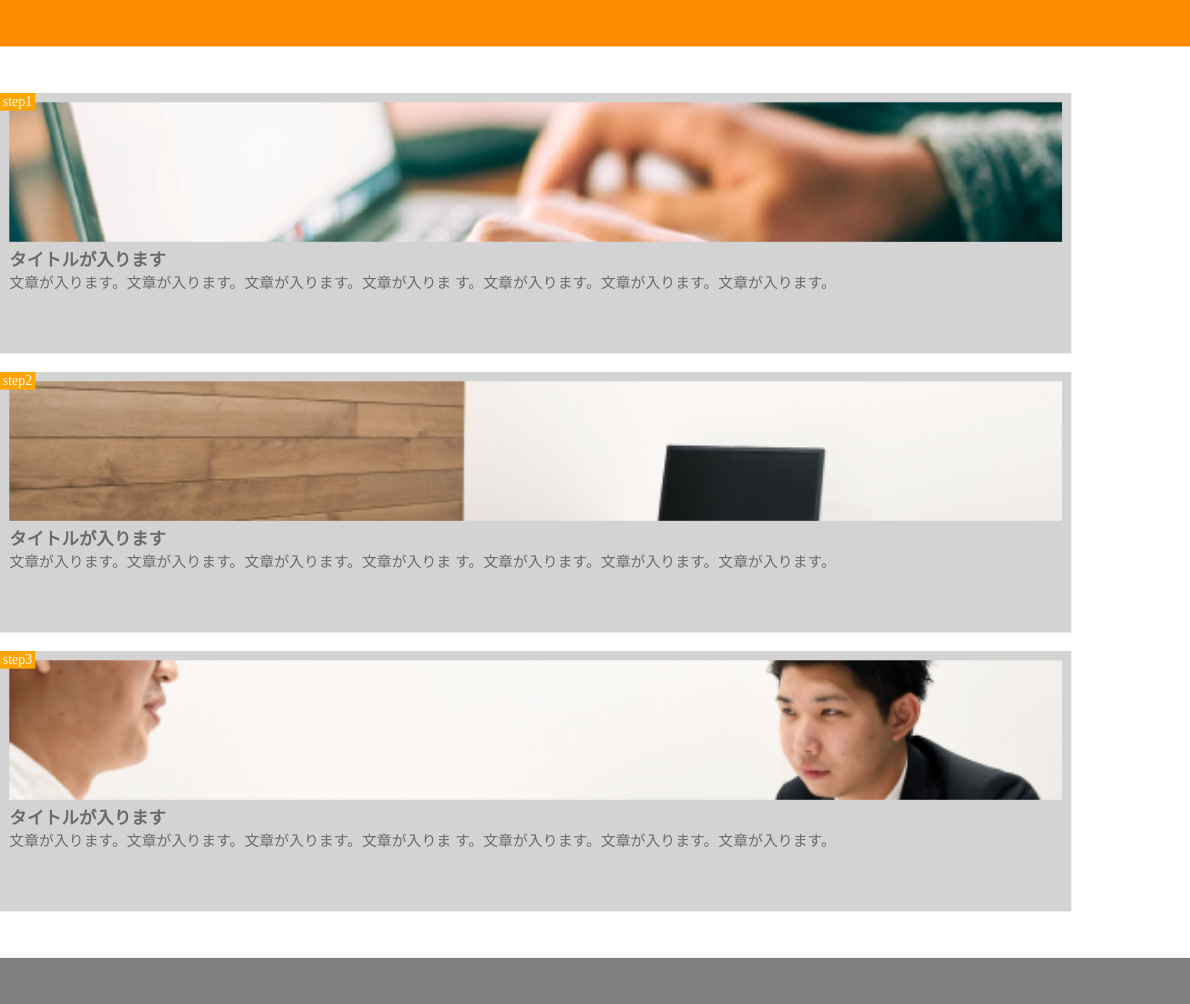
Repository: 220416/kadai1
Page: html/responsive.html
The author's editor kept a record of every edit. The page is drawn from the files as they stood at one moment, then again after the next edit.
The browser window is 1280 px wide. The pictures show the whole page, at 93% of full size.

Above is the page before.

After the next edit:
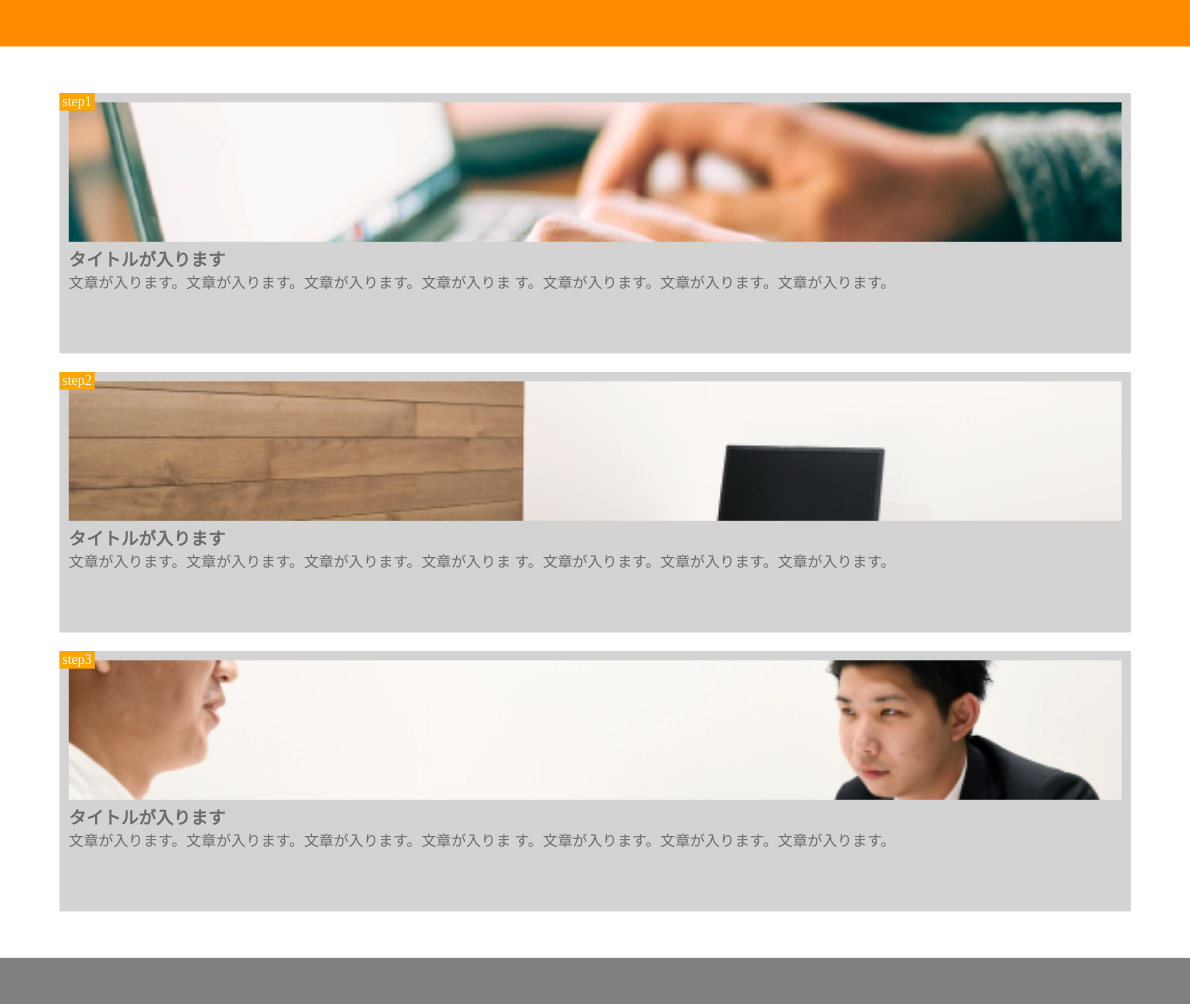
The edit:
--- a/html/responsive.css
+++ b/html/responsive.css
@@ -19,8 +19,7 @@
   width:90%;
   padding-top: 50px;
   padding-bottom:80px;
-  display: inline-block;
-  justify-content:center;
+  margin: auto;
   text-align: left;
 }
 

After the edit that followed:
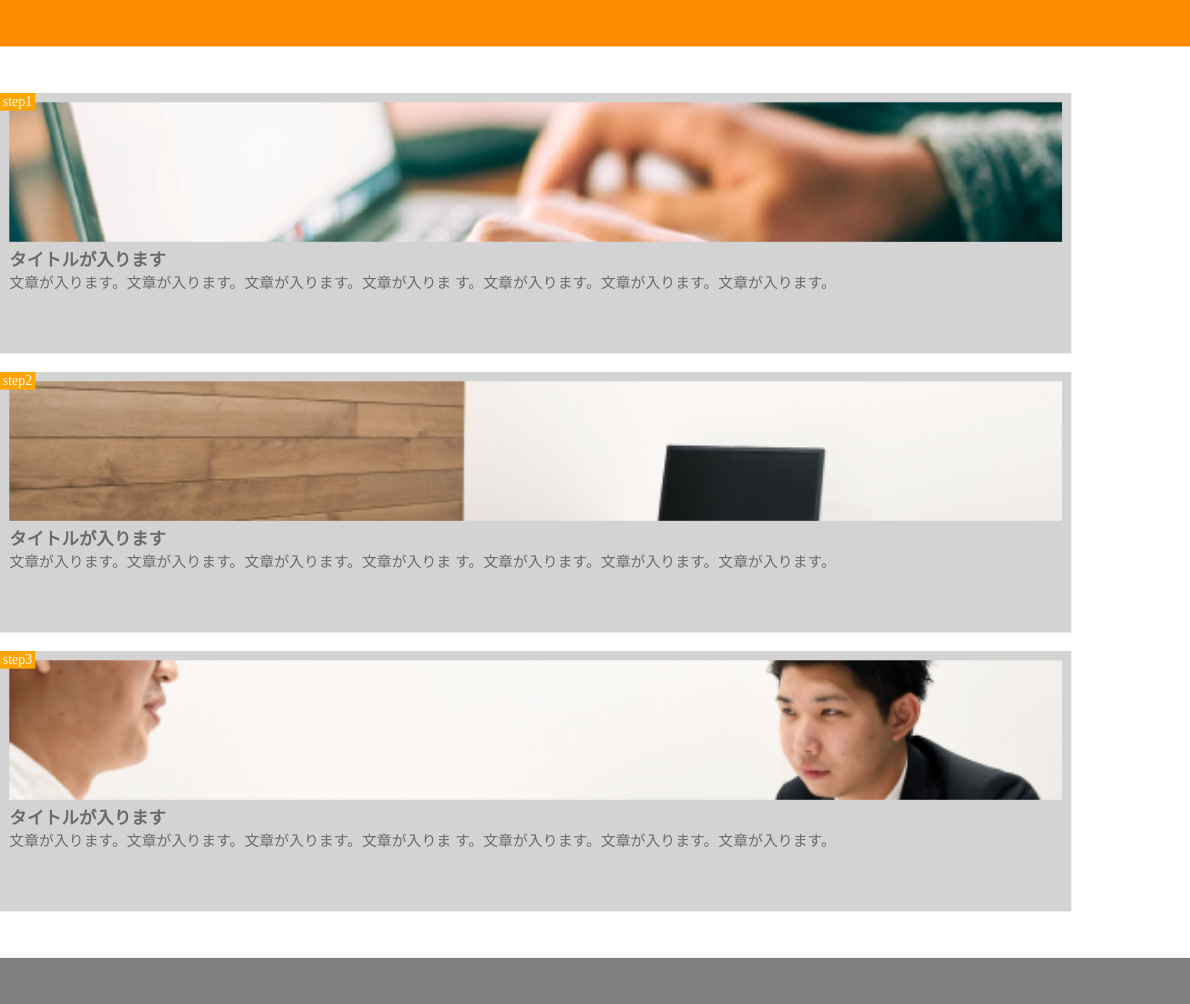
The edit:
--- a/html/responsive.css
+++ b/html/responsive.css
@@ -16,6 +16,8 @@
 }
 
 main{
+  display: inline-block;
+  justify-content:center;
   width:90%;
   padding-top: 50px;
   padding-bottom:80px;
